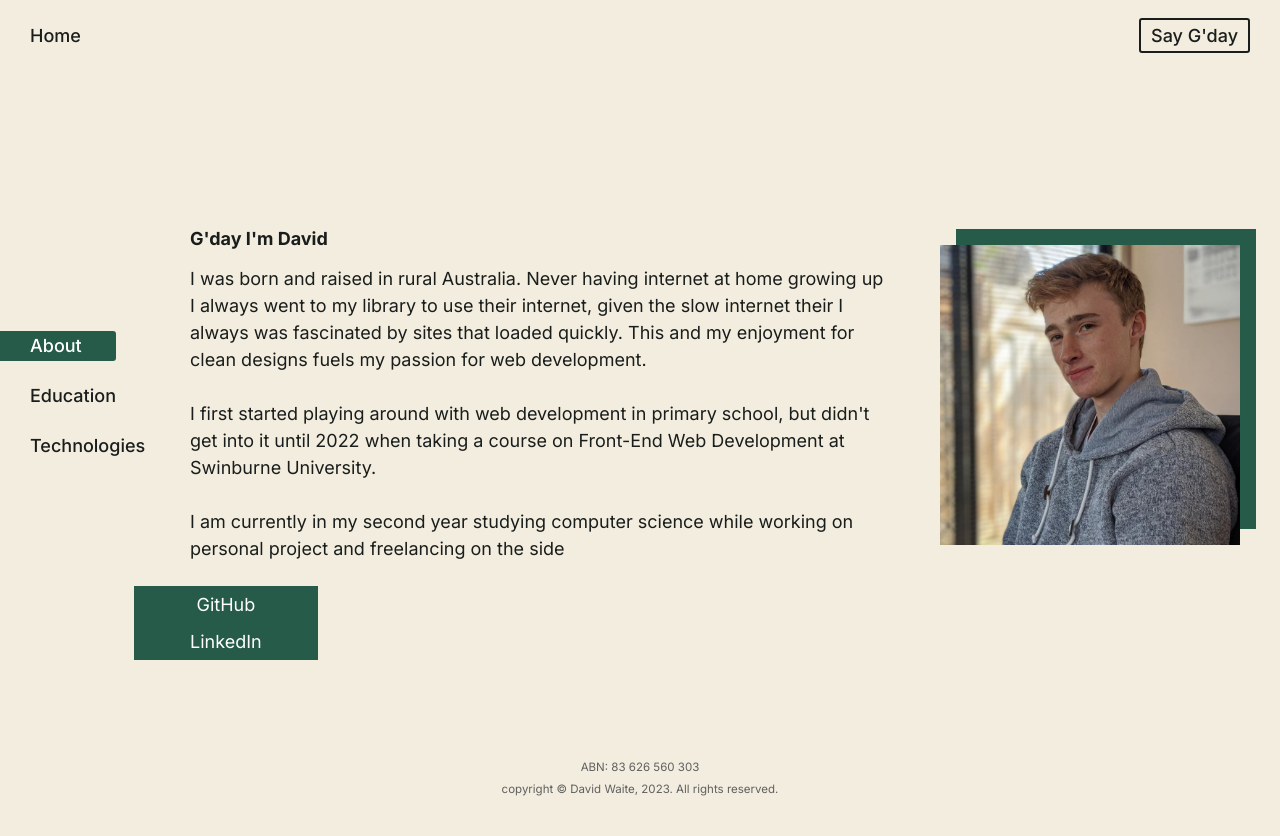
Repository: David-Waite/David-Waite-Portfolio
Page: /about
These files come from the project's save history. The page is drawn as it stood at one moment and after the next save; the edit follows.
The browser window is 1280 px wide. The pictures show the whole page.
The project was rebuilt for these pictures with package versions that can differ from the ones it lists, and the page was loaded fresh each time. The framework's server and built-in components were replaced by stand-ins that run in the browser. Also part of the build but not shown: next.config.js.

Above is the page before, as saved 2023-07-28 08:21:47.

After the next save:
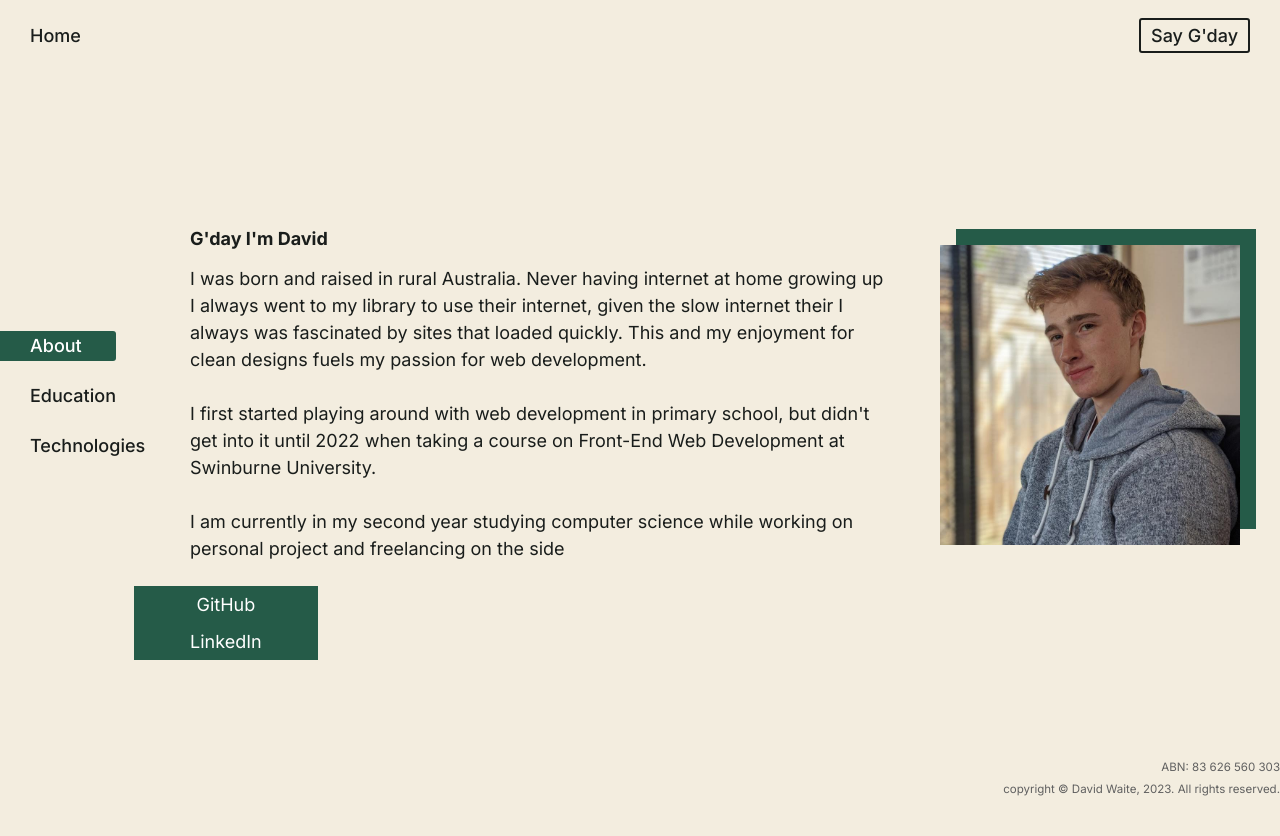
Saved 6 s later.
--- a/app/components/Footer/footer.module.css
+++ b/app/components/Footer/footer.module.css
@@ -8,4 +8,5 @@
   flex-direction: column;
   gap: 8px;
   justify-self: center;
+  align-items: end;
 }

After the 4 saves that followed:
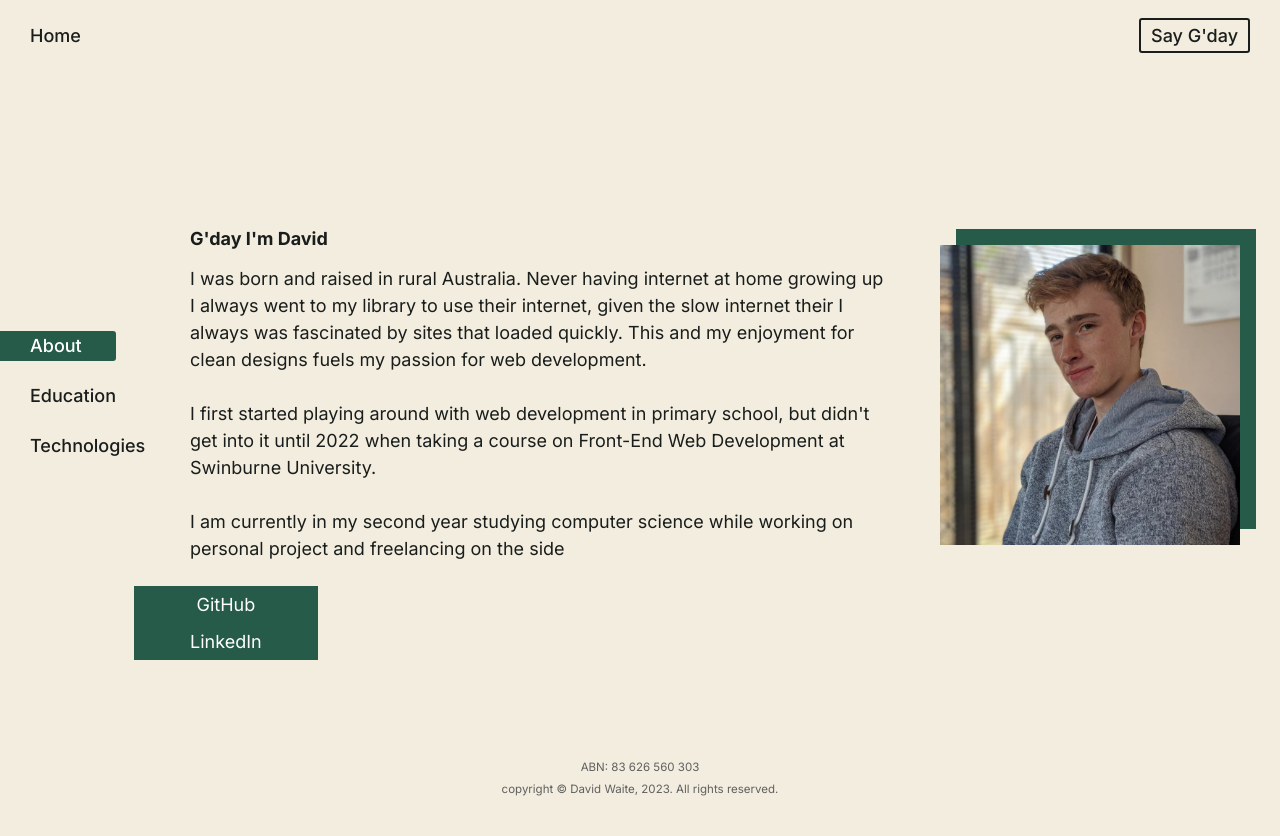
The 4 saves are shown as one change because 2 left the picture as it was and some came seconds apart.
The last was saved 41 s later.
--- a/app/components/Footer/Footer.tsx
+++ b/app/components/Footer/Footer.tsx
@@ -2,9 +2,9 @@ import styles from "./footer.module.css";
 
 export default function Footer() {
   return (
-    <div className={styles.main}>
+    <footer className={styles.main}>
       <p>ABN: 83 626 560 303</p>
       <p>copyright © David Waite, 2023. All rights reserved.</p>
-    </div>
+    </footer>
   );
 }
--- a/app/components/Footer/footer.module.css
+++ b/app/components/Footer/footer.module.css
@@ -8,5 +8,4 @@
   flex-direction: column;
   gap: 8px;
   justify-self: center;
-  align-items: end;
 }
